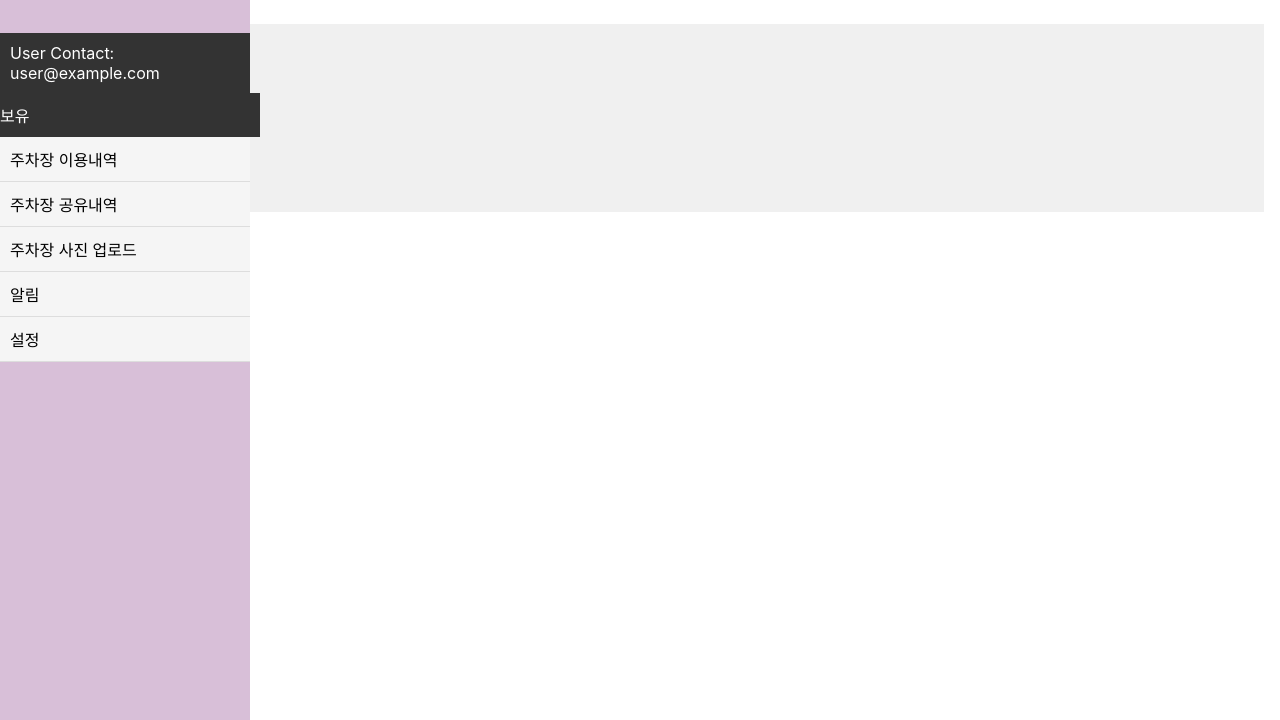
Repository: ohjjoa/reactTest
Page: /, after clicking the first element matching `img`
An editor plug-in stored every save of this project. The page is shown before and after the next save, followed by the edit.
The browser window is 1280 px wide. The pictures show the whole page.
The project was rebuilt for these pictures with package versions that can differ from the ones it lists, and the page was loaded fresh each time.

Above is the page before, as saved 2024-08-02 05:12:24.

After the next save:
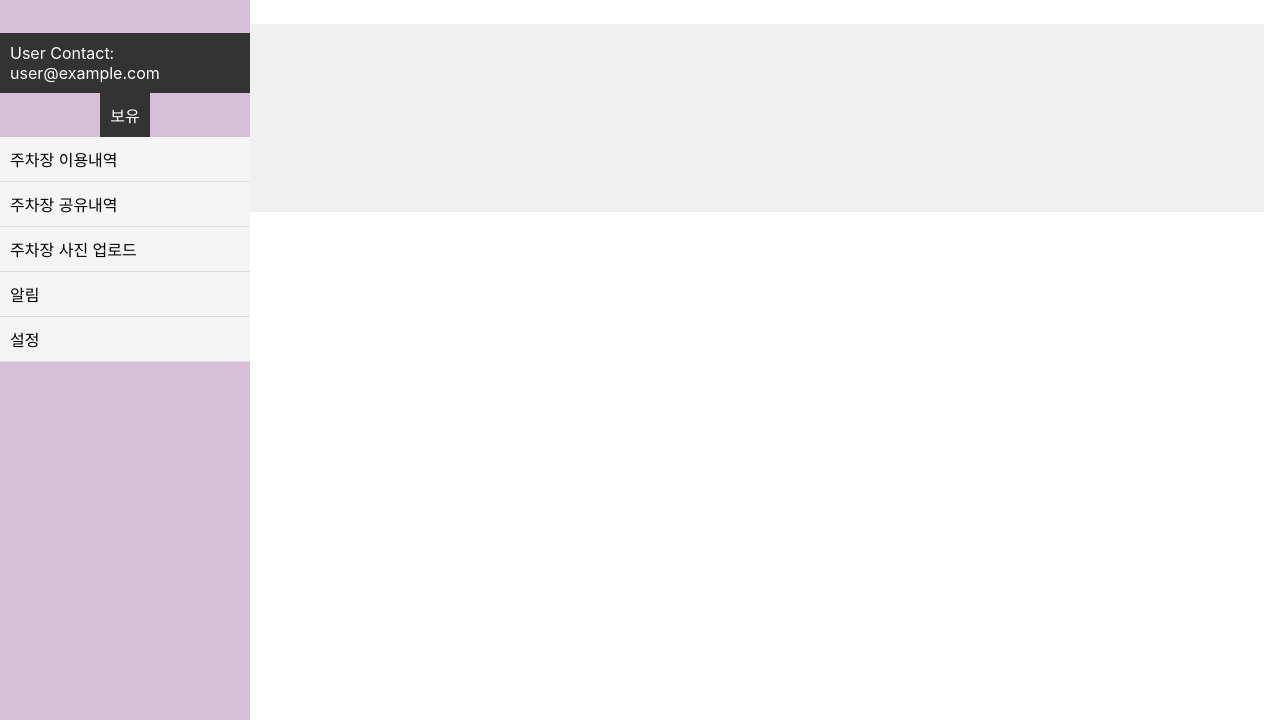
Saved 12 s later.
--- a/src/pages/Home/index.tsx
+++ b/src/pages/Home/index.tsx
@@ -91,7 +91,7 @@
           <div style={{ padding: '10px', backgroundColor: '#333', color: '#fff' }}>
             User Contact: user@example.com
           </div>
-          <div style={{ padding: '10px', backgroundColor: '#333', color: '#fff', width: '250px'}}>
+          <div style={{ padding: '10px', backgroundColor: '#333', color: '#fff', width: '250'}}>
             보유
           </div>
           <List

After the save that followed:
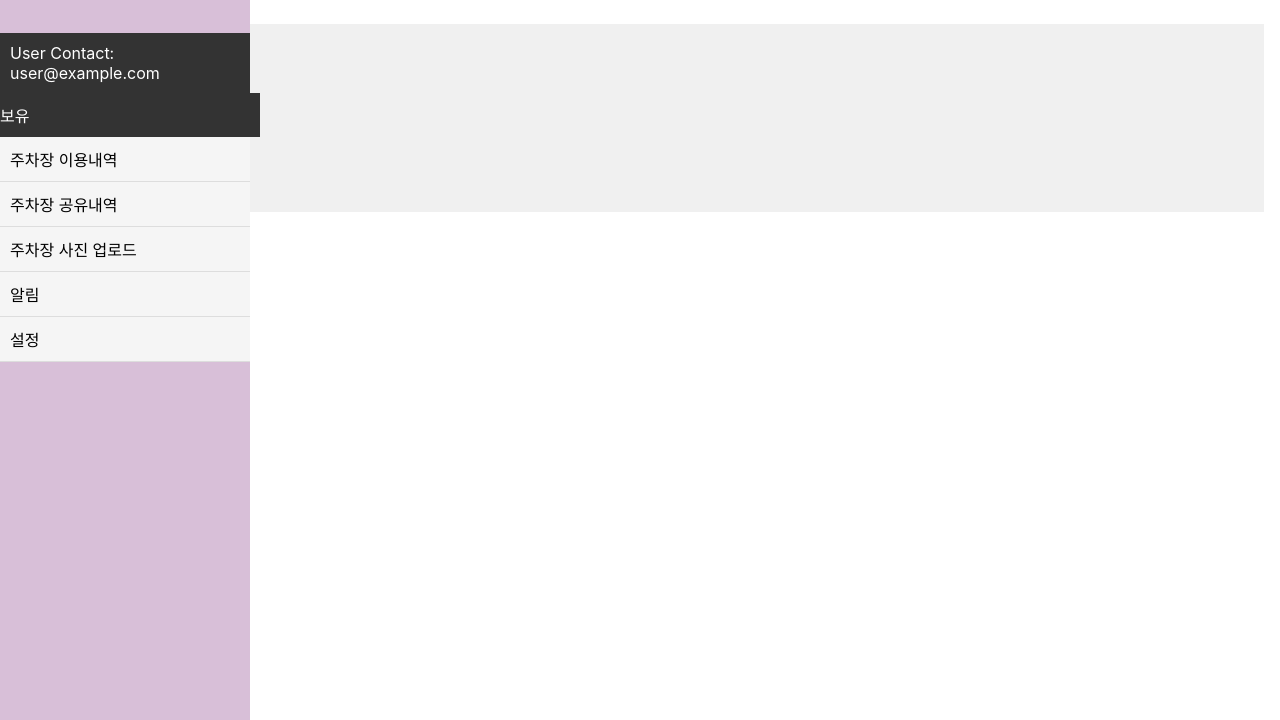
Saved 13 s later.
--- a/src/pages/Home/index.tsx
+++ b/src/pages/Home/index.tsx
@@ -91,7 +91,7 @@
           <div style={{ padding: '10px', backgroundColor: '#333', color: '#fff' }}>
             User Contact: user@example.com
           </div>
-          <div style={{ padding: '10px', backgroundColor: '#333', color: '#fff', width: '250'}}>
+          <div style={{ padding: '10px', backgroundColor: '#333', color: '#fff', width: '100%'}}>
             보유
           </div>
           <List
